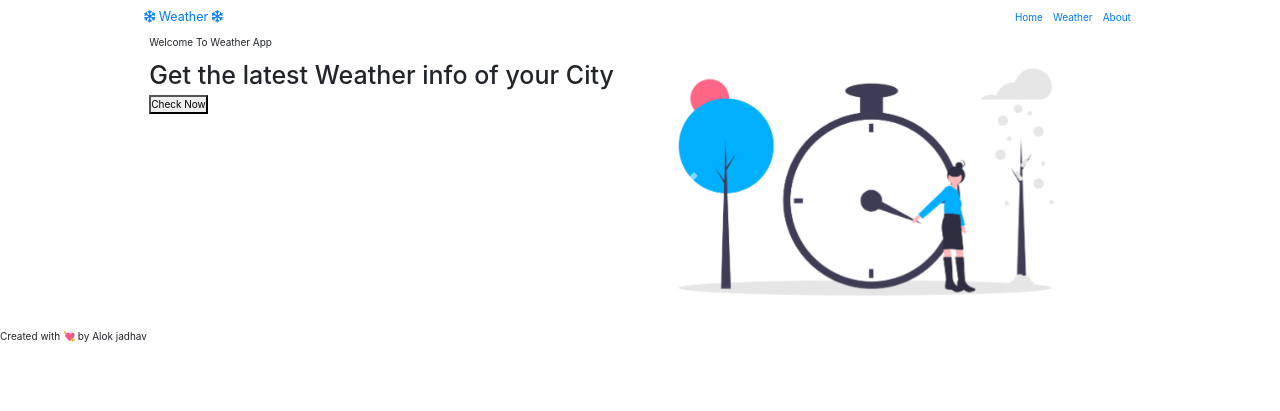
Repository: AalokJadhav/Weather_App
Page: http://localhost/
An editor plug-in stored every save of this project. The page is shown before and after the next save, followed by the edit.
The browser window is 1280 px wide. The pictures show the whole page.
Some web fonts or font styles are not loaded; a fallback is used. Some web libraries are served in a nearby version. The page is served by the project's Node server (src/app.js).

Above is the page before, as saved 2020-11-15 11:38:35.

### public/index.html
<!DOCTYPE html>
<html lang="en">

<head>
    <meta charset="UTF-8">
    <meta name="viewport" content="width=device-width, initial-scale=1.0">
    <title>Weather App</title>
    <!-- Latest compiled and minified CSS -->
    <link rel="stylesheet" href="https://maxcdn.bootstrapcdn.com/bootstrap/4.5.2/css/bootstrap.min.css">
    <link rel="stylesheet" href="https://cdnjs.cloudflare.com/ajax/libs/font-awesome/5.10.0/css/all.min.css"
        integrity="sha512-PgQMlq+nqFLV4ylk1gwUOgm6CtIIXkKwaIHp/PAIWHzig/lKZSEGKEysh0TCVbHJXCLN7WetD8TFecIky75ZfQ=="
        crossorigin="anonymous" />
    <!-- jQuery library -->
    <script src="https://ajax.googleapis.com/ajax/libs/jquery/3.5.1/jquery.min.js"></script>

    <!-- Popper JS -->
    <script src="https://cdnjs.cloudflare.com/ajax/libs/popper.js/1.16.0/umd/popper.min.js"></script>

    <!-- Latest compiled JavaScript -->
    <script src="https://maxcdn.bootstrapcdn.com/bootstrap/4.5.2/js/bootstrap.min.js"></script>
    <link rel="stylesheet" href="css/style.css">
    <link rel="shortcut icon" href="images/logo.png" type="image/png">
</head>

<body>
    <div class="container-fluid main-menu">
        <div class="row">
            <div class="col-md-10 col-12 mx-auto">
                <nav class="navbar navbar-expand-lg">
                    <a class="navbar-brand" href="#"><i class="far fa-snowflake"></i> Weather <i
                            class="far fa-snowflake"></i></a>
                    <button class="navbar-toggler" type="button" data-toggle="collapse"
                        data-target="#navbarSupportedContent" aria-controls="navbarSupportedContent"
                        aria-expanded="false" aria-label="Toggle navigation">
                        <span class="navbar-toggler-icon"></span>
                    </button>

                    <div class="collapse navbar-collapse" id="navbarSupportedContent">
                        <ul class="navbar-nav ml-auto">
                            <li class="nav-item active">
                                <a class="nav-link" href="/">Home <span class="sr-only">(current)</span></a>
                            </li>
                            <li class="nav-item">
                                <a class="nav-link" href="/weather">Weather</a>
                            </li>
                            <li class="nav-item">
                                <a class="nav-link" href="/about">About</a>
                            </li>
                        </ul>
                    </div>
                </nav>
            </div>
        </div>
    </div>

    <!-- Main header -->
    <div class="container-fluid main_header">
        <div class="row">
            <div class="col-md-10 col-12 mx-auto">
                <div class="row">
                    <!-- Left Side Div -->
                    <div class="col-md-6 col-12 main_header_left">
                        <p> Welcome To Weather App</p>
                        <h1>Get the latest <span>Weather</span> info of your City</h1>
                        <a href="/weather"><button>Check Now</button></a>
                    </div>
                    <!-- right Side Div -->

                    <div class="col-md-6 col-12 main_header_right">
                        <div id="carouselExampleControls" class="carousel slide" data-ride="carousel">
                            <div class="carousel-inner">
                                <div class="carousel-item active">
                                    <img src="images/bg1.png" class="w-100" alt="...">
                                </div>
                                <div class="carousel-item">
                                    <img src="images/bg2.png" class="w-100" alt="...">
                                </div>
                                <div class="carousel-item">
                                    <img src="images/bg3.png" class="w-100" alt="...">
                                </div>
                            </div>
                            <a class="carousel-control-prev" href="#carouselExampleControls" role="button"
                                data-slide="prev">
                                <span class="carousel-control-prev-icon" aria-hidden="true"></span>
                                <span class="sr-only">Previous</span>
                            </a>
                            <a class="carousel-control-next" href="#carouselExampleControls" role="button"
                                data-slide="next">
                                <span class="carousel-control-next-icon" aria-hidden="true"></span>
                                <span class="sr-only">Next</span>
                            </a>
                        </div>
                    </div>
                </div>
            </div>
        </div>
    </div>

    <!-- // Footer Code -->
    <footer>
        <p> Created with 💘 by Alok jadhav</p>
    </footer>
</body>

</html>

### src/app.js
const express = require('express');
const path = require('path');
const app = express();
const port = process.env.PORT || 8000;

// Public Static Path
const static_path = (path.join(__dirname, '../public'));

app.use(express.static(static_path));

// Routing
app.get('/', (req, res) => {
    res.send('Welcome to Home..!');
});

app.get('/about', (req, res) => {
    res.send('Welcome to About Us Page..!');
});

app.get('/weather', (req, res) => {
    res.send('Welcome to Weather Page..!');
});

app.get('*', (req, res) => {
    res.send('opps...404 error page..!');
});



app.listen(port, () =>{
    console.log(`Listing to the port at ${port}`);
})

### public/css/style.css
@import url('https://fonts.googleapis.com/css2?family=Piazzolla:wght@900&display=swap');

*{
    margin: 0;
    padding: 0;
    box-sizing: border-box;
}
:root {
    --main-bg: #1e272e;
    --main-color: #0097e6;
}

html {
    font-size:62.5% ;
}

.row {
    margin: 0;
  }

/* navbar style */

.main_menu {
    background-color: var(--main-bg);
  }

After the next save:
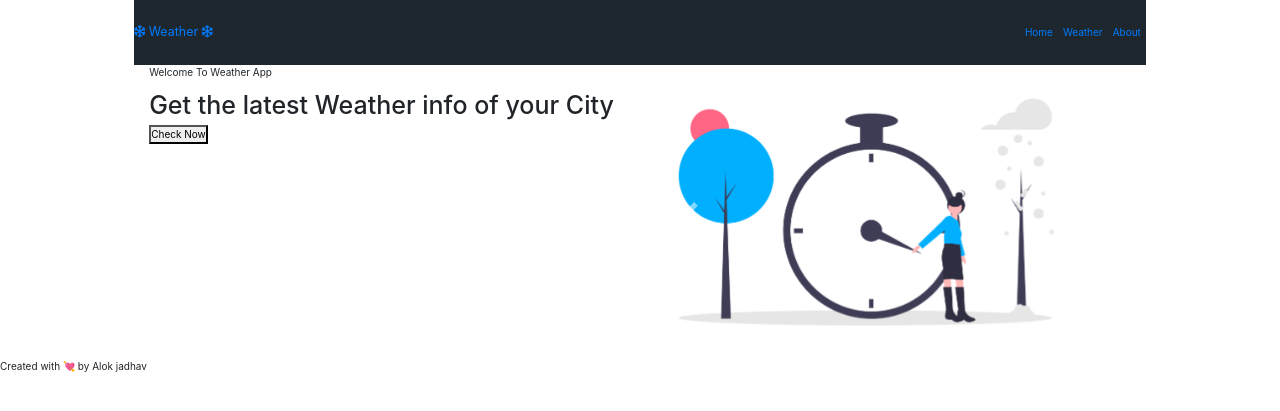
Saved 4 s later.
--- a/public/css/style.css
+++ b/public/css/style.css
@@ -23,3 +23,8 @@ html {
 .main_menu {
     background-color: var(--main-bg);
   }
+  .navbar {
+    color: #fff;
+    background-color: var(--main-bg);
+    padding: 2rem 0;
+  }
